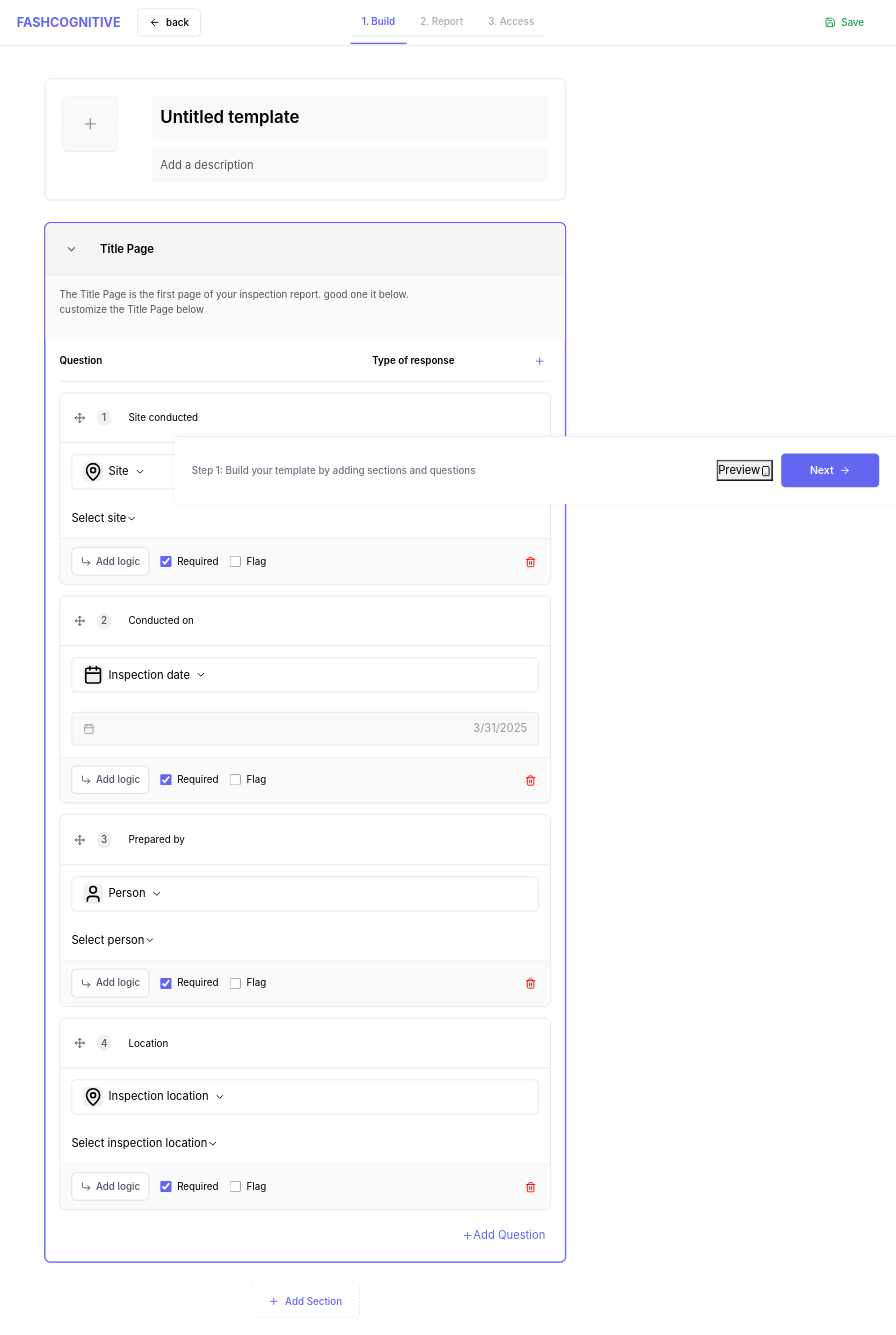
Repository: loganand612/fashcognitive-intern
Page: /ct (app in fash/)
An editor plug-in stored every save of this project. The page is shown before and after the next save, followed by the edit.
The browser window is 1280 px wide. The pictures show the whole page, at 70% of full size.
The project was rebuilt for these pictures with package versions that can differ from the ones it lists, and the page was loaded fresh each time. Also part of the build but not shown: fash/src/pages/Login.css, fash/src/pages/Register.css, fash/src/pages/Template.css, fash/src/pages/Home.tsx, fash/src/pages/Login.tsx, fash/src/pages/Register.tsx, fash/src/pages/Home2.tsx, fash/src/components/AccessManager.tsx and 4 more. Imported but missing from the stored project, and not drawn on this page: fash/src/pages/assets/head1.mp4.

Above is the page before, as saved 2025-04-14 09:51:55.

### fash/src/index.tsx
import React from 'react';
import ReactDOM from 'react-dom/client';

// Import third-party styles first
import 'bootstrap/dist/css/bootstrap.min.css';
import '@fortawesome/fontawesome-free/css/all.min.css';

// Import page-specific styles last
import './pages/Home.css';
import './pages/Home2.css';
import './pages/Login.css';
import './pages/Register.css';
import './pages/Dashboard.css';
import './pages/Template.css';
import './pages/Create_template.css';

import App from './App';
import reportWebVitals from './reportWebVitals';

const root = ReactDOM.createRoot(
  document.getElementById('root') as HTMLElement
);
root.render(
  <React.StrictMode>
    <App />
  </React.StrictMode>
);

// If you want to start measuring performance in your app, pass a function
// to log results (for example: reportWebVitals(console.log))
// or send to an analytics endpoint. Learn more: https://bit.ly/CRA-vitals
reportWebVitals();

### fash/src/pages/Home.css
/* Reset & Base Styles */
* {
  margin: 0;
  padding: 0;
  box-sizing: border-box;
  font-family: -apple-system, BlinkMacSystemFont, 'Segoe UI', Roboto, sans-serif;
}

body {
  font-family: -apple-system, BlinkMacSystemFont, 'Segoe UI', Roboto, sans-serif;
  background-color: #f8f9fe;
  color: #1f2937;
  line-height: 1.5;
}

/* Layout */
.page-wrapper {
  min-height: 100vh;
  display: flex;
  flex-direction: column;
}

.content-wrapper {
  display: flex;
  flex: 1;
  position: relative;
}

/* Navigation */
.navbar {
  background: white;
  height: 64px;
  padding: 0 2rem;
  box-shadow: 0 1px 3px rgba(0,0,0,0.1);
  display: flex;
  align-items: center;
  justify-content: space-between;
  position: fixed;
  top: 0;
  left: 0;
  right: 0;
  z-index: 1000;
}

.logo {
  font-weight: bold;
  font-size: 1.5rem;
  color: #302d2d;
  text-decoration: none;
  transition: all 0.3s ease;
}

.logo:hover {
  color: #2563eb;
}

.nav-links {
  display: flex;
  gap: 1rem;
  align-items: center;
}

/* Buttons */
.btn {
  padding: 0.5rem 1rem;
  border-radius: 0.375rem;
  border: none;
  cursor: pointer;
  font-size: 0.875rem;
  font-weight: 500;
  text-decoration: none;
  transition: all 0.3s ease;
}

.btn-primary {
  background: #3b82f6;
  color: white;
}

.btn-primary:hover {
  background: #c0ceec;
}

.btn-secondary {
  background: #ffffff;
  border: 1px solid #e5e7eb;
  color: #4b5563;
}

.btn-secondary:hover {
  background: #d2d5da;
}

/* Language Selector */
.language-select {
  position: relative;
}

.language-btn {
  display: flex;
  align-items: center;
  gap: 0.5rem;
  padding: 0.5rem 1rem;
  border: 1px solid #e5e7eb;
  border-radius: 1.5rem;
  background: white;
  cursor: pointer;
  transition: all 0.3s ease;
}

.language-btn:hover {
  border-color: #3b82f6;
}

.language-dropdown {
  position: absolute;
  top: calc(100% + 0.5rem);
  right: 0;
  background: white;
  border-radius: 0.5rem;
  box-shadow: 0 4px 6px rgba(0,0,0,0.1);
  padding: 0.5rem 0;
  display: none;
  min-width: 150px;
  z-index: 1000;
}

.language-select:hover .language-dropdown {
  display: block;
}

.language-option {
  padding: 0.5rem 1rem;
  cursor: pointer;
  transition: all 0.3s ease;
}

.language-option:hover {
  background: #f8f9fe;
  color: #3b82f6;
}

/* Notification Badge */
.notification-badge {
  position: relative;
}

.notification-badge::after {
  content: '';
  position: absolute;
  top: -2px;
  right: -2px;
  width: 8px;
  height: 8px;
  background-color: #ef4444;
  border-radius: 50%;
  border: 2px solid white;
}

/* Sidebar */
.sidebar {
  width: 250px;
  background: white;
  height: calc(100vh - 64px);
  position: fixed;
  top: 64px;
  left: 0;
  padding: 1.5rem 1rem;
  border-right: 1px solid #e5e7eb;
  overflow-y: auto;
  z-index: 100;
}

.sidebar-link {
  display: flex;
  align-items: center;
  padding: 0.75rem 1rem;
  color: #4b5563;
  text-decoration: none;
  border-radius: 0.5rem;
  margin-bottom: 0.5rem;
  transition: all 0.3s ease;
}

.sidebar-link:hover {
  background: #f8f9fe;
  color: #3b82f6;
}

.sidebar-link.active {
  background: #3b82f6;
  color: white;
}

/* Main Content */
.main-content {
  margin-left: 250px;
  margin-top: 64px;
  padding: 5rem;
  width: calc(100% - 250px);
  min-height: calc(100vh - 64px);
}

.landing-content {
  display: flex;
  justify-content: space-between;
  align-items: center;
  gap: 4rem;
  max-width: 1200px;
  margin: 0 auto;
}

.content-left {
  flex: 1;
}

.content-left h1 {
  font-size: 2.5rem;
  color: #1f2937;
  margin-bottom: 2rem;
  line-height: 1.2;
}

.feature-list {
  list-style: none;
}

.feature-list li {
  display: flex;
  align-items: center;
  gap: 1rem;
  margin-bottom: 1rem;
  color: #4b5563;
}

.feature-list li::before {
  content: "";
  width: 20px;
  height: 20px;
  background: #3b82f6;
  border-radius: 50%;
  opacity: 0.2;
}

.qr-container {
  background: white;
  padding: 1rem;
  border-radius: 20px;
  box-shadow: 0 10px 15px rgba(0,0,0,0.1);
  transition: all 0.3s ease;
}

.qr-container:hover {
  transform: translateY(-5px);
  box-shadow: 0 4px 6px rgba(0,0,0,0.1);
}

.qr-code {
  width: 100%;
  max-width: 300px;
}

/* Footer */
.footer {
  background: white;
  padding: 5rem 7rem;
  margin-top: auto;
  margin-left: 250px;
}

.footer-content {
  max-width: 1500px;
  margin: 0 auto;
  display: grid;
  grid-template-columns: repeat(4, 1fr);
  gap: 2rem;
}

.footer-section h3 {
  color: #3b82f6;
  margin-bottom: 1rem;
  font-size: 1.1rem;
}

.footer-section ul {
  list-style: none;
}

.footer-section ul li {
  margin-bottom: 0.5rem;
}

.footer-section ul li a {
  color: #4b5563;
  text-decoration: none;
  transition: all 0.3s ease;
}

.footer-section ul li a:hover {
  color: #3b82f6;
}

.footer-bottom {
  max-width: 1200px;
  margin: 2rem auto 0;
  padding-top: 6rem;
  border-top: 1px solid #e5e7eb;
  text-align: center;
}

.store-buttons {
  display: flex;
  justify-content: center;
  gap: 1rem;
  margin-top: 1rem;
}

.store-buttons img {
  height: 40px;
  transition: all 0.3s ease;
}

.store-buttons img:hover {
  transform: translateY(-2px);
}

/* Mobile Menu Button */
.mobile-menu-btn {
  display: none;
  padding: 0.5rem;
  cursor: pointer;
  background: none;
  border: none;
}

/* Responsive Design */
@media (max-width: 1024px) {
  .sidebar {
      width: 200px;
  }

  .main-content {
      margin-left: 200px;
      width: calc(100% - 200px);
  }

  .footer {
      margin-left: 200px;
  }
}

@media (max-width: 768px) {
  .navbar {
      padding: 0 1rem;
  }

  .mobile-menu-btn {
      display: block;
  }

  .nav-links {
      display: none;
  }

  .nav-links.active {
      display: flex;
      flex-direction: column;
      position: absolute;
      top: 64px;
      left: 0;
      right: 0;
      background: white;
      padding: 1rem;
      box-shadow: 0 4px 6px rgba(0,0,0,0.1);
  }

  .sidebar {
      transform: translateX(-100%);
      transition: transform 0.3s ease;
  }

  .sidebar.active {
      transform: translateX(0);
  }

  .main-content,
  .footer {
      margin-left: 0;
      width: 100%;
  }

  .landing-content {
      flex-direction: column;
      text-align: center;
      padding: 1rem;
  }

  .content-left h1 {
      font-size: 2rem;
  }

  .footer-content {
      grid-template-columns: repeat(2, 1fr);
  }
}

@media (max-width: 480px) {
  .footer-content {
      grid-template-columns: 1fr;
  }
}

### fash/src/pages/Dashboard.css
.dashboard-container {
  display: flex;
  flex-direction: column;
  min-height: 100vh;
}

/* Navbar */
.navbar {
  position: fixed;
  top: 0;
  left: 0;
  right: 0;
  height: 64px;
  background: white;
  border-bottom: 1px solid #e5e7eb;
  display: flex;
  align-items: center;
  justify-content: space-between;
  padding: 0 24px;
  z-index: 50;
}

.navbar-brand {
  font-size: 20px;
  font-weight: 600;
}

.navbar-actions {
  display: flex;
  gap: 8px;
}

.nav-button {
  padding: 8px;
  background: none;
  border: none;
  border-radius: 8px;
  color: #6b7280;
  cursor: pointer;
  transition: all 0.2s;
}

.nav-button:hover {
  background-color: #f3f4f6;
  color: #111827;
}

.nav-icon {
  width: 20px;
  height: 20px;
}

/* Sidebar */
.sidebar {
  position: fixed;
  top: 64px;
  left: 0;
  width: 250px;
  height: calc(100vh - 64px);
  background: white;
  border-right: 1px solid #e5e7eb;
  padding: 16px 12px;
  overflow-y: auto;
}

.sidebar-nav {
  display: flex;
  flex-direction: column;
  gap: 2px;
}

.nav-link {
  display: flex;
  align-items: center;
  padding: 8px 12px;
  color: #6b7280;
  text-decoration: none;
  border-radius: 6px;
  transition: all 0.2s;
}

.nav-link:hover {
  background-color: #f3f4f6;
  color: #111827;
}

.nav-link .nav-icon {
  margin-right: 12px;
}

/* Main Content */
.main-content {
  margin-left: 250px;
  margin-top: 64px;
  padding: 32px;
  background-color: #f9fafb;
  min-height: calc(100vh - 64px);
}

/* Header Section */
.header-section {
  display: flex;
  justify-content: space-between;
  align-items: center;
  margin-bottom: 24px;
}

.page-title {
  font-size: 24px;
  font-weight: 600;
  color: #111827;
}

.user-tags {
  display: flex;
  align-items: center;
  gap: 8px;
}

.user-tag {
  display: flex;
  align-items: center;
  justify-content: center;
  min-width: 32px;
  height: 32px;
  padding: 0 12px;
  background-color: #f3f4f6;
  border-radius: 16px;
  font-size: 14px;
  font-weight: 500;
  color: #374151;
}

.user-count {
  display: flex;
  align-items: center;
  justify-content: center;
  height: 32px;
  padding: 0 12px;
  background-color: #f3f4f6;
  border-radius: 16px;
  font-size: 14px;
  font-weight: 500;
  color: #374151;
}

.add-user-button {
  height: 32px;
  padding: 0 16px;
  background-color: #111827;
  color: white;
  border: none;
  border-radius: 16px;
  font-size: 14px;
  font-weight: 500;
  cursor: pointer;
  transition: background-color 0.2s;
}

.add-user-button:hover {
  background-color: #1f2937;
}

/* Summary Cards */
.summary-cards {
  display: grid;
  grid-template-columns: repeat(3, 1fr);
  gap: 24px;
  margin-bottom: 32px;
}

.summary-card {
  background: white;
  border: 1px solid #e5e7eb;
  border-radius: 12px;
  padding: 24px;
  display: flex;
  align-items: center;
  justify-content: space-between;
}

.card-content {
  display: flex;
  align-items: center;
  gap: 16px;
}

.card-icon {
  width: 48px;
  height: 48px;
  background: #f3f4f6;
  border-radius: 8px;
  display: flex;
  align-items: center;
  justify-content: center;
}

.card-icon .icon {
  width: 24px;
  height: 24px;
  color: #374151;
}

.card-info {
  display: flex;
  flex-direction: column;
}

.card-count {
  font-size: 24px;
  font-weight: 600;
  color: #111827;
  line-height: 1.2;
}

.card-label {
  font-size: 14px;
  color: #6b7280;
}

.card-sublabel {
  font-size: 12px;
  color: #9ca3af;
  margin-top: 2px;
}

.card-arrow {
  width: 20px;
  height: 20px;
  color: #9ca3af;
}

/* Recent Activity */
.recent-activity {
  background: white;
  border: 1px solid #e5e7eb;
  border-radius: 12px;
  overflow: hidden;
}

.section-title {
  font-size: 18px;
  font-weight: 600;
  color: #111827;
  padding: 20px 24px;
  border-bottom: 1px solid #e5e7eb;
}

.activity-list {
  display: flex;
  flex-direction: column;
}

.activity-item {
  display: flex;
  align-items: center;
  justify-content: space-between;
  padding: 16px 24px;
  border-bottom: 1px solid #e5e7eb;
}

.activity-item:last-child {
  border-bottom: none;
}

.activity-info {
  display: flex;
  flex-direction: column;
  gap: 4px;
}

.activity-title {
  font-size: 14px;
  font-weight: 500;
  color: #111827;
}

.activity-meta {
  display: flex;
  gap: 16px;
}

.meta-type,
.meta-date {
  font-size: 14px;
  color: #6b7280;
}

.status-badge {
  padding: 4px 12px;
  border-radius: 16px;
  font-size: 14px;
  font-weight: 500;
}

.status-badge.completed {
  background-color: #f3f4f6;
  color: #111827;
}

.status-badge.in-progress {
  background-color: #f3f4f6;
  color: #6b7280;
}

/* Responsive */
@media (max-width: 1024px) {
  .summary-cards {
    grid-template-columns: repeat(2, 1fr);
  }
}

@media (max-width: 768px) {
  .summary-cards {
    grid-template-columns: 1fr;
  }

  .sidebar {
    width: 64px;
  }

  .nav-link span {
    display: none;
  }

  .main-content {
    margin-left: 64px;
  }
}

### fash/src/App.tsx
import { BrowserRouter as Router, Route, Routes } from 'react-router-dom';
import Home from './pages/Home';
import Login from './pages/Login';
import Register from './pages/Register';
import Home2 from './pages/Home2';
import Create_template from './pages/Create_template';
import Dashboard from './pages/Dashboard';
import Template from './pages/Template_page';

function App() {
    return (
        <div className="app-container">
            <Router>
                <div className="page-container">
                    <div className="content-container">
                        <Routes>
                            <Route path="/" element={<Home2 />} />
                            <Route path="/login" element={<Login />} />
                            <Route path="/register" element={<Register />} />
                            <Route path="/homee" element={<Home />} />
                            <Route path="/ct" element={<Create_template />} />
                            <Route path="/dashboard" element={<Dashboard />} />
                            <Route path="template" element={<Template />} />
                        </Routes>
                    </div>
                </div>
            </Router>
        </div>
    );
}

export default App;

### fash/src/reportWebVitals.ts
import { onCLS, onFID, onFCP, onLCP, onTTFB } from 'web-vitals';

const reportWebVitals = (onPerfEntry?: (metric: any) => void) => {
  if (onPerfEntry && onPerfEntry instanceof Function) {
    onCLS(onPerfEntry);
    onFID(onPerfEntry);
    onFCP(onPerfEntry);
    onLCP(onPerfEntry);
    onTTFB(onPerfEntry);
  }
};

export default reportWebVitals;

### fash/src/components/TemplateWorkflowFooter.tsx
import React from 'react';
import { ArrowRight, CheckCircle, Smartphone } from 'lucide-react';
import './TemplateWorkflowFooter.css';

interface TemplateWorkflowFooterProps {
  activeTab: number;
  onNext: () => void;
  onPublish: () => void;
  onPreview: () => void;
  isPublishing?: boolean;
}

const TemplateWorkflowFooter: React.FC<TemplateWorkflowFooterProps> = ({
  activeTab,
  onNext,
  onPublish,
  onPreview,
  isPublishing = false
}) => {
  // Determine which button to show based on the active tab
  const showNextButton = activeTab < 3; // Show Next on Build (0) and Report (2) tabs
  const showPublishButton = activeTab === 3; // Show Publish only on Access (3) tab

  return (
    <div className="template-workflow-footer">
      <div className="footer-content">
        <div className="footer-message">
          {activeTab === 0 && "Step 1: Build your template by adding sections and questions"}
          {activeTab === 2 && "Step 2: Configure how reports will be generated from this template"}
          {activeTab === 3 && "Step 3: Manage who can access and edit this template"}
        </div>

        <div className="footer-actions">
          {activeTab === 0 && (
            <button
              className="preview-button"
              onClick={onPreview}
            >
              Preview
              <Smartphone size={16} />
            </button>
          )}

          {showNextButton && (
            <button
              className="next-button"
              onClick={onNext}
            >
              Next
              <ArrowRight size={16} />
            </button>
          )}

          {showPublishButton && (
            <button
              className="publish-button"
              onClick={onPublish}
              disabled={isPublishing}
            >
              {isPublishing ? "Publishing..." : "Publish Template"}
              <CheckCircle size={16} />
            </button>
          )}
        </div>
      </div>
    </div>
  );
};

export default TemplateWorkflowFooter;

### fash/src/components/TemplateWorkflowFooter.css
.template-workflow-footer {
  position: fixed;
  bottom: 0;
  left: 250px;
  right: 0;
  background-color: white;
  border-top: 1px solid #e5e7eb;
  z-index: 100;
  box-shadow: 0 -2px 10px rgba(0, 0, 0, 0.05);
  padding: 8px 0;
}

.footer-content {
  max-width: 1200px;
  margin: 0 auto;
  padding: 16px 24px;
  display: flex;
  justify-content: space-between;
  align-items: center;
}

.footer-message {
  color: #6b7280;
  font-size: 14px;
  font-weight: 500;
}

.footer-actions {
  display: flex;
  align-items: center;
  gap: 12px;
}

.next-button, .publish-button {
  display: flex;
  align-items: center;
  gap: 8px;
  padding: 12px 24px;
  border-radius: 6px;
  font-size: 15px;
  font-weight: 600;
  cursor: pointer;
  transition: all 0.2s;
  min-width: 140px;
  justify-content: center;
}

.next-button {
  background-color: #6366f1;
  color: white;
  border: none;
}

.next-button:hover {
  background-color: #4f46e5;
  transform: translateY(-1px);
  box-shadow: 0 2px 4px rgba(0, 0, 0, 0.1);
}

.publish-button {
  background-color: #111827;
  color: white;
  border: none;
}

.publish-button:hover:not(:disabled) {
  background-color: #1f2937;
  transform: translateY(-1px);
  box-shadow: 0 2px 4px rgba(0, 0, 0, 0.1);
}

.publish-button:disabled {
  opacity: 0.5;
  cursor: not-allowed;
}

/* Responsive styles */
@media (max-width: 768px) {
  .template-workflow-footer {
    left: 64px;
  }

  .footer-content {
    padding: 12px 16px;
    flex-direction: column;
    gap: 12px;
  }

  .footer-actions {
    width: 100%;
    justify-content: flex-end;
  }
}

Loaded but not shown: fash/public/index.html (common file); fash/src/pages/Create_template.tsx (2802 lines, source omitted); fash/src/pages/Create_template.css (2735 lines, source omitted); fash/src/pages/Home2.css (1263 lines, source omitted); fash/src/components/AccessManager.css (841 lines, source omitted)

After the next save:
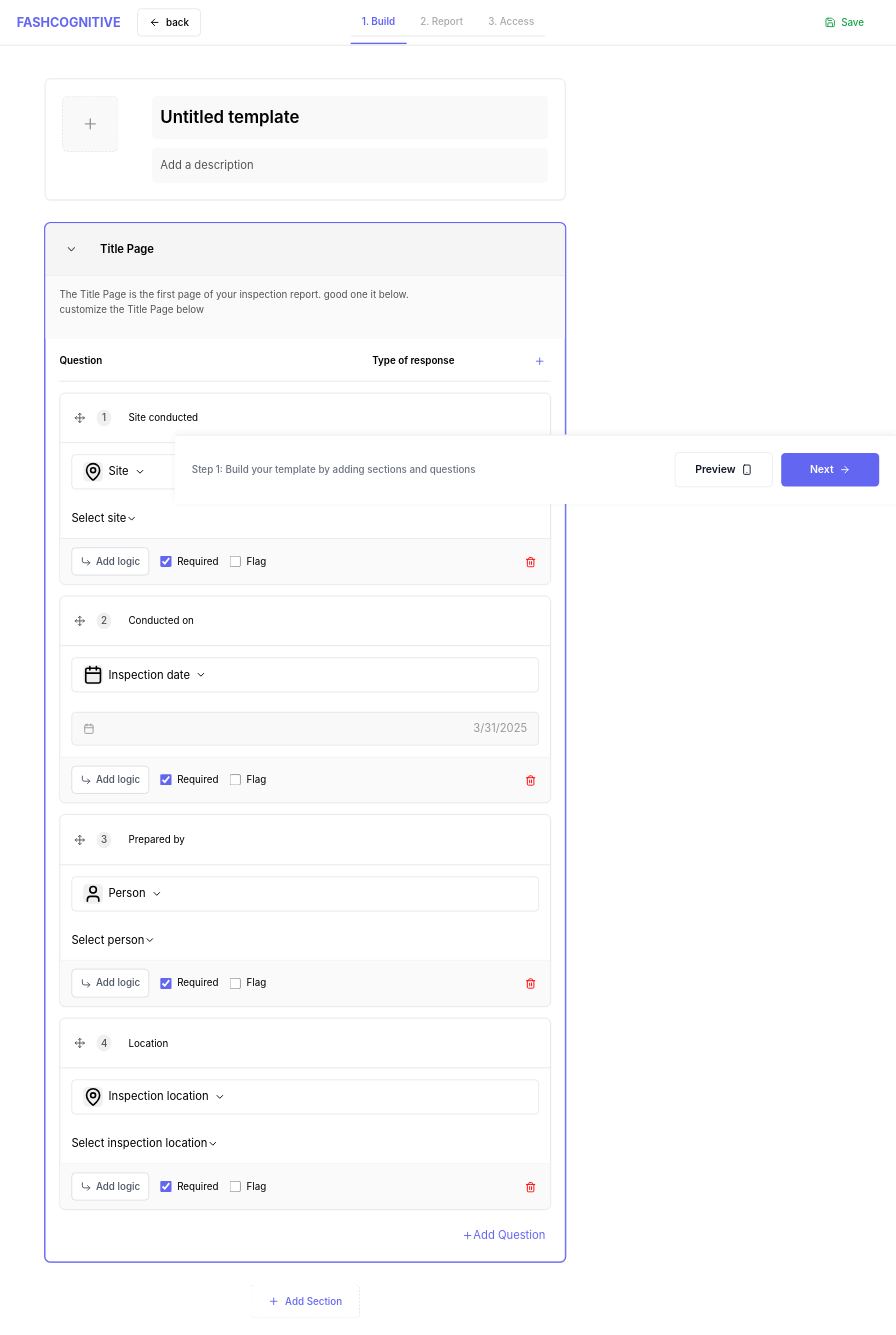
Saved 19 s later.
--- a/fash/src/components/TemplateWorkflowFooter.css
+++ b/fash/src/components/TemplateWorkflowFooter.css
@@ -31,7 +31,7 @@
   gap: 12px;
 }
 
-.next-button, .publish-button {
+.preview-button, .next-button, .publish-button {
   display: flex;
   align-items: center;
   gap: 8px;
@@ -43,6 +43,19 @@
   transition: all 0.2s;
   min-width: 140px;
   justify-content: center;
+}
+
+.preview-button {
+  background-color: white;
+  color: #111827;
+  border: 1px solid #e5e7eb;
+}
+
+.preview-button:hover {
+  background-color: #f9fafb;
+  border-color: #d1d5db;
+  transform: translateY(-1px);
+  box-shadow: 0 2px 4px rgba(0, 0, 0, 0.05);
 }
 
 .next-button {
